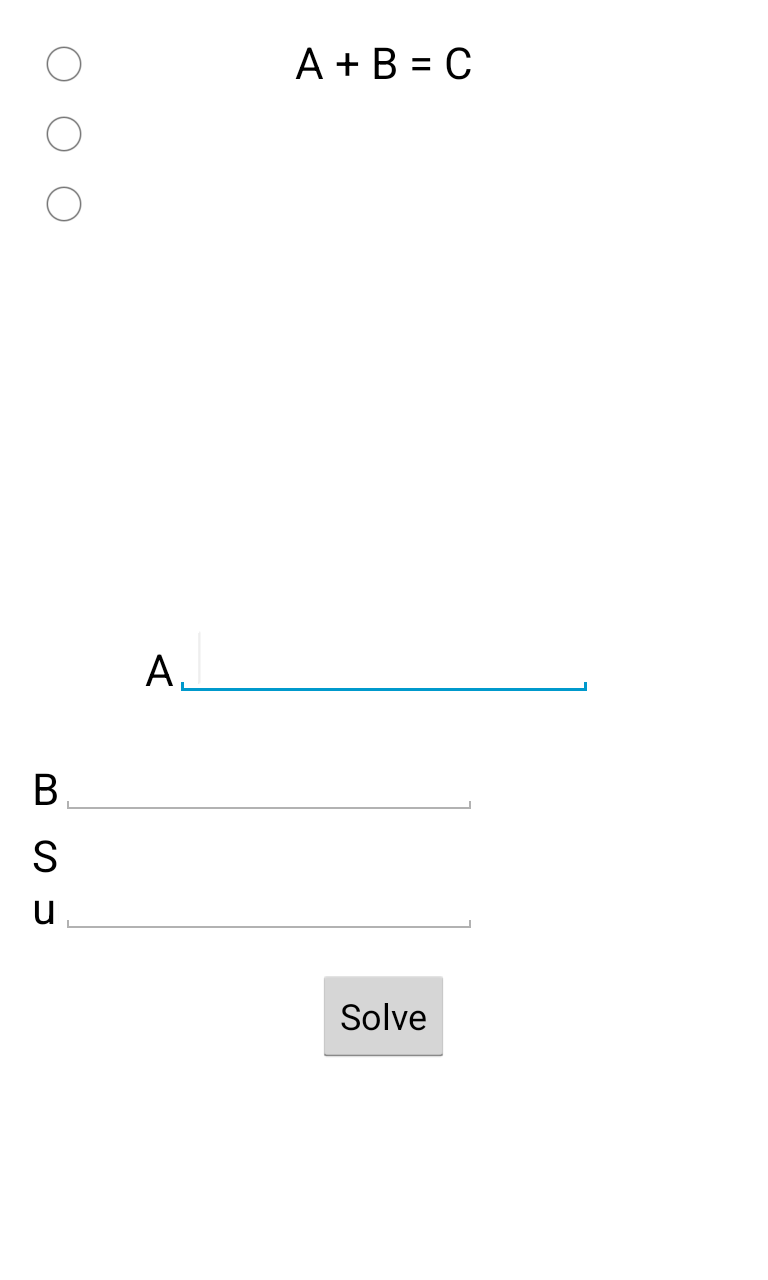
Repository: dtri123/Equation-Station
Layout: TheEquationStation/res/layout/addition_page.xml
An editor plug-in stored every save of this project. The layout is shown before and after the next save, followed by the edit.
It is drawn on a 768 x 1280 px phone screen (xhdpi) without system bars, with theme AppTheme; the app's code is not run.

Above is the layout before, as saved 2013-07-18 17:17:56.

### TheEquationStation/res/layout/addition_page.xml
<?xml version="1.0" encoding="utf-8"?>
<RelativeLayout xmlns:android="http://schemas.android.com/apk/res/android"
    xmlns:tools="http://schemas.android.com/tools"
    android:layout_width="match_parent"
    android:layout_height="match_parent"
    android:paddingBottom="@dimen/activity_vertical_margin"
    android:paddingLeft="@dimen/activity_horizontal_margin"
    android:paddingRight="@dimen/activity_horizontal_margin"
    android:paddingTop="@dimen/activity_vertical_margin"
    tools:context=".Addition_Page" >

     <Button
        android:id="@+id/add_button"
        android:layout_width="wrap_content"
        android:layout_height="wrap_content"
        android:layout_alignParentBottom="true"
        android:layout_centerHorizontal="true"
        android:layout_marginBottom="92dp"
        android:text="Solve" />

    <TextView
        android:id="@+id/textView1"
        android:layout_width="wrap_content"
        android:layout_height="wrap_content"
        android:layout_centerHorizontal="true"
        android:text="A + B = C"
        android:textAppearance="?android:attr/textAppearanceLarge" />
    <RadioGroup android:id="@+id/group1"
	    android:layout_width="fill_parent"
		android:layout_height="wrap_content"
		android:orientation="vertical"
		android:layout_alignBottom="@+id/editText3"
		android:layout_toRightOf="@+id/editText3">

        <RadioButton
            android:id="@+id/radioButtonAddA"
            android:layout_width="wrap_content"
            android:layout_height="wrap_content" />
"

<RadioButton
		android:id="@+id/radioButtonAddB"
		android:layout_width="wrap_content"
		android:layout_height="wrap_content"
		android:layout_marginTop="3dp" />

	<RadioButton
		android:id="@+id/radioButtonSum"
		android:layout_width="wrap_content"
		android:layout_height="wrap_content"
		android:layout_marginTop="3dp"/>
	</RadioGroup>

    <EditText
        android:id="@+id/editText_AddSum"
        android:layout_width="wrap_content"
        android:layout_height="wrap_content"
        android:layout_above="@+id/add_button"
        android:layout_marginBottom="16dp"
        android:layout_toRightOf="@+id/textView4"
        android:ems="10"
        android:inputType="numberDecimal" />

    <EditText
        android:id="@+id/editText_AddB"
        android:layout_width="wrap_content"
        android:layout_height="wrap_content"
        android:layout_above="@+id/editText_AddSum"
        android:layout_alignLeft="@+id/editText_AddSum"
        android:layout_marginBottom="20dp"
        android:ems="10"
        android:inputType="numberDecimal" />

    <TextView
        android:id="@+id/textView4"
        android:layout_width="wrap_content"
        android:layout_height="wrap_content"
        android:layout_alignBottom="@+id/editText_AddB"
        android:layout_toLeft="@+id/editText_AddB"
        android:text="B"
        android:textAppearance="?android:attr/textAppearanceLarge" />

    <TextView
        android:id="@+id/textView3"
        android:layout_width="wrap_content"
        android:layout_height="wrap_content"
        android:layout_alignBottom="@+id/editText_AddA"
        android:layout_toLeftOf="@+id/editText_AddA"
        android:text="A"
        android:textAppearance="?android:attr/textAppearanceLarge" />

    <TextView
        android:id="@+id/TextView01"
        android:layout_width="wrap_content"
        android:layout_height="wrap_content"
        android:layout_alignBottom="@+id/editText_AddSum"
        android:layout_toLeftOf="@+id/editText_AddSum"
        android:text="Sum"
        android:textAppearance="?android:attr/textAppearanceLarge" />

    <EditText
        android:id="@+id/editText_AddA"
        android:layout_width="wrap_content"
        android:layout_height="wrap_content"
        android:layout_above="@+id/editText_AddB"
		android:layout_centerHorizontal="true"
        android:layout_marginBottom="20dp"
        android:ems="10"
        android:inputType="numberDecimal" >

        <requestFocus />
    </EditText>

</RelativeLayout>

Loaded but not shown: TheEquationStation/res/values/styles.xml (common file); TheEquationStation/res/values-v11/styles.xml (common file); TheEquationStation/res/values-v14/styles.xml (common file); TheEquationStation/res/values/dimens.xml (common file)

After the next save:
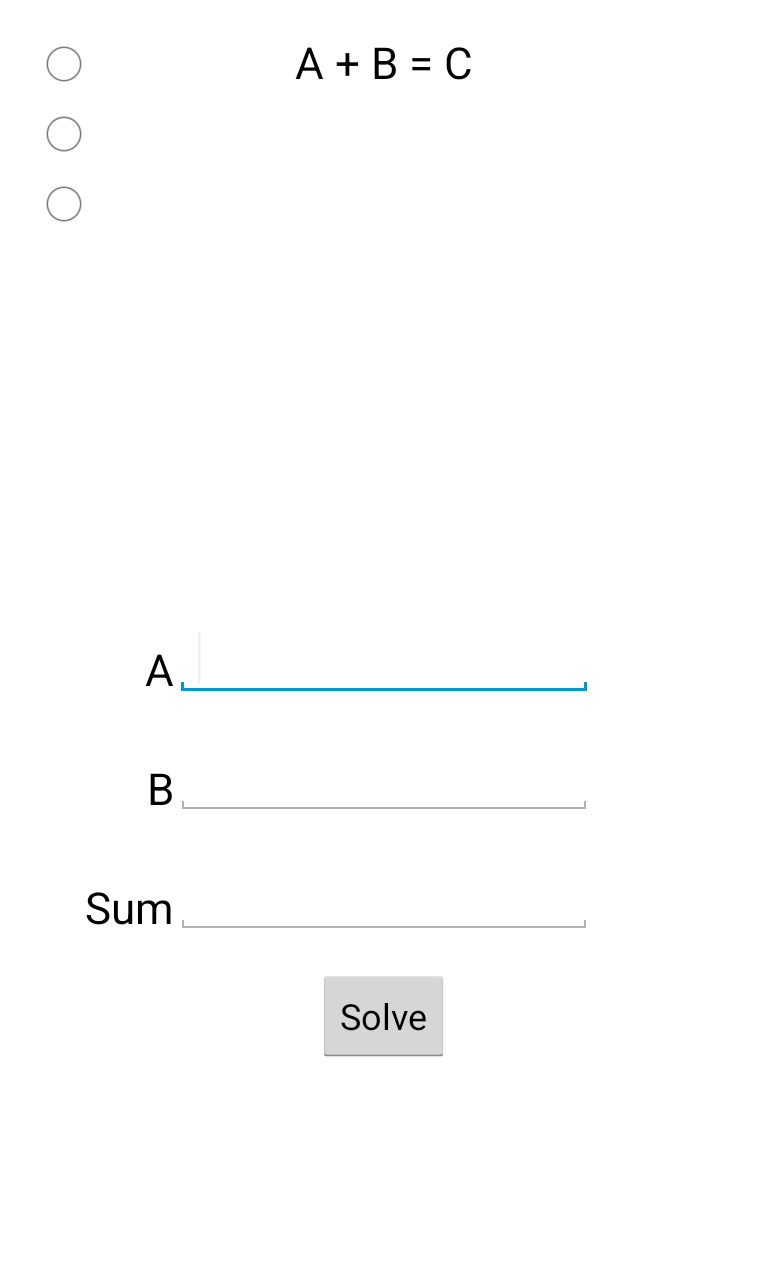
Saved 42 s later.
--- a/TheEquationStation/res/layout/addition_page.xml
+++ b/TheEquationStation/res/layout/addition_page.xml
@@ -57,7 +57,7 @@
         android:layout_height="wrap_content"
         android:layout_above="@+id/add_button"
         android:layout_marginBottom="16dp"
-        android:layout_toRightOf="@+id/textView4"
+        android:layout_centerHorizontal="true"
         android:ems="10"
         android:inputType="numberDecimal" />
 
@@ -66,7 +66,7 @@
         android:layout_width="wrap_content"
         android:layout_height="wrap_content"
         android:layout_above="@+id/editText_AddSum"
-        android:layout_alignLeft="@+id/editText_AddSum"
+        android:layout_centerHorizontal="true"
         android:layout_marginBottom="20dp"
         android:ems="10"
         android:inputType="numberDecimal" />
@@ -76,7 +76,7 @@
         android:layout_width="wrap_content"
         android:layout_height="wrap_content"
         android:layout_alignBottom="@+id/editText_AddB"
-        android:layout_toLeft="@+id/editText_AddB"
+        android:layout_toLeftOf="@+id/editText_AddB"
         android:text="B"
         android:textAppearance="?android:attr/textAppearanceLarge" />
 
